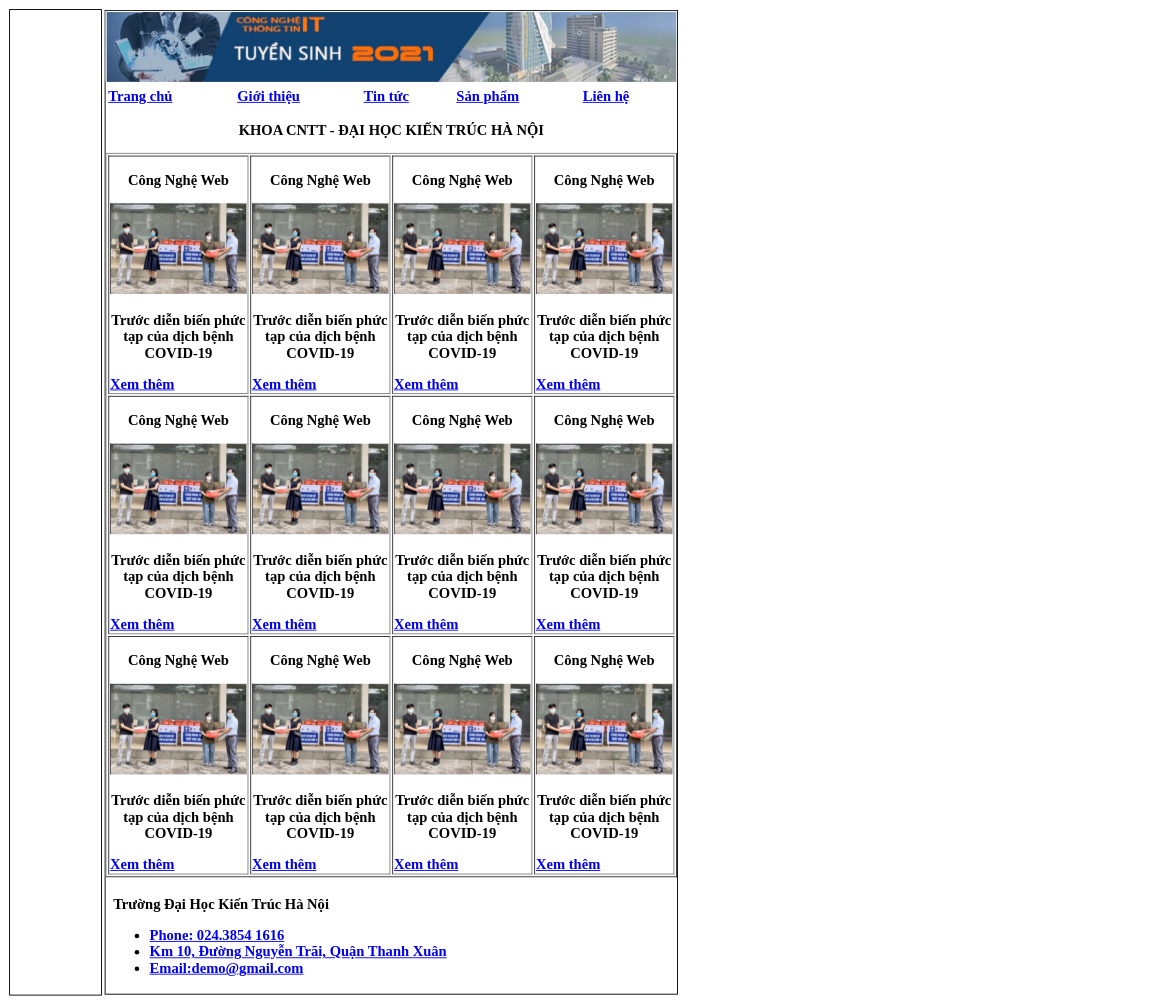
Repository: longtn213/Frond_end_HTML-CSS
Page: Front-End/Demohtml/baitapbuoi2.html
These files come from the project's save history. The page is drawn as it stood at one moment and after the next save; the edit follows.
The browser window is 1280 px wide. The pictures show the whole page, at 91% of full size.

Above is the page before, as saved 2021-09-09 14:53:04.

### Front-End/Demohtml/baitapbuoi2.html
<!DOCTYPE html>
<html>

<head>
	<meta charset="utf-8">
	<title>Bai tap</title>
	<style type="text/css">
		bdy {
			width: 30%;
			margin: 0 auto;
		}
	</style>
</head>

<body>
	<table>
		<tr>
			<th style="border: 1px solid #000; padding: 1px 50px;"></th>
			<th>
				<center style="border: 1px solid #000;">
					<img class="anhtop" width="628px" src="./img/slider.png"">

					<br>
					<center >
						<table width=" 628px">
					<tr>
						<td>
							<a href="#">Trang chủ</a>
						</td>
						<td>
							<a href="#">Giới thiệu</a>
						</td>
						<td>
							<a href="#">Tin tức</a>
						</td>
						<td>
							<a href="#">Sản phẩm</a>
						</td>
						<td>
							<a href="#">Liên hệ</a>
						</td>
					</tr>
					</table>
					</center>



					<center>
					<p>
						<b>
							KHOA CNTT - ĐẠI HỌC KIẾN TRÚC HÀ NỘI
						</b>
					</p>
					<table width="100px" border="1">
						<tr>
							<td>
								<center>
									<p>
										<b>Công Nghệ Web</b>
									</p>
									<img src="/img/img1.png" width="150px" height="100px"><br>
									<p>
										Trước diễn biến phức tạp của dịch bệnh COVID-19
									</p>
								</center>
								<a href="#">Xem thêm</a>
							</td>
							<td>
								<center>
									<p>
										<b>Công Nghệ Web</b>
									</p>
									<img src="/img/img1.png" width="150px" height="100px"><br>
									<p>
										Trước diễn biến phức tạp của dịch bệnh COVID-19
									</p>
								</center>
								<a href="#">Xem thêm</a>
							</td>
							<td>
								<center>
									<p>
										<b>Công Nghệ Web</b>
									</p>
									<img src="/img/img1.png" width="150px" height="100px"><br>
									<p>
										Trước diễn biến phức tạp của dịch bệnh COVID-19
									</p>
								</center>
								<a href="#">Xem thêm</a>
							</td>
							<td>
								<center>
									<p>
										<b>Công Nghệ Web</b>
									</p>
									<img src="/img/img1.png" width="150px" height="100px"><br>
									<p>
										Trước diễn biến phức tạp của dịch bệnh COVID-19
									</p>
								</center>
								<a href="#">Xem thêm</a>
							</td>
						</tr>
						<tr>
							<td>
								<center>
									<p>
										<b>Công Nghệ Web</b>
									</p>
									<img src="/img/img1.png" width="150px" height="100px"><br>
									<p>
										Trước diễn biến phức tạp của dịch bệnh COVID-19
									</p>
								</center>
								<a href="#">Xem thêm</a>
							</td>
							<td>
								<center>
									<p>
										<b>Công Nghệ Web</b>
									</p>
									<img src="/img/img1.png" width="150px" height="100px"><br>
									<p>
										Trước diễn biến phức tạp của dịch bệnh COVID-19
									</p>
								</center>
								<a href="#">Xem thêm</a>
							</td>
							<td>
								<center>
									<p>
										<b>Công Nghệ Web</b>
									</p>
									<img src="/img/img1.png" width="150px" height="100px"><br>
									<p>
										Trước diễn biến phức tạp của dịch bệnh COVID-19
									</p>
								</center>
								<a href="#">Xem thêm</a>
							</td>
							<td>
								<center>
									<p>
										<b>Công Nghệ Web</b>
									</p>
									<img src="/img/img1.png" width="150px" height="100px"><br>
									<p>
										Trước diễn biến phức tạp của dịch bệnh COVID-19
									</p>
								</center>
								<a href="#">Xem thêm</a>
							</td>
						</tr>
						<tr>
							<td>
								<center>
									<p>
										<b>Công Nghệ Web</b>
									</p>
									<img src="/img/img1.png" width="150px" height="100px"><br>
									<p>
										Trước diễn biến phức tạp của dịch bệnh COVID-19
									</p>
								</center>
								<a href="#">Xem thêm</a>
							</td>
							<td>
								<center>
									<p>
										<b>Công Nghệ Web</b>
									</p>
									<img src="/img/img1.png" width="150px" height="100px"><br>
									<p>
										Trước diễn biến phức tạp của dịch bệnh COVID-19
									</p>
								</center>
								<a href="#">Xem thêm</a>
							</td>
							<td>
								<center>
									<p>
										<b>Công Nghệ Web</b>
									</p>
									<img src="/img/img1.png" width="150px" height="100px"><br>
									<p>
										Trước diễn biến phức tạp của dịch bệnh COVID-19
									</p>
								</center>
								<a href="#">Xem thêm</a>
							</td>
							<td>
								<center>
									<p>
										<b>Công Nghệ Web</b>
									</p>
									<img src="/img/img1.png" width="150px" height="100px"><br>
									<p>
										Trước diễn biến phức tạp của dịch bệnh COVID-19
									</p>
								</center>
								<a href="#">Xem thêm</a>
							</td>
						</tr>
					</table>
					<br>
					<table width="628px">
						<tr>
							<td colspan="3">
							</td>
							<td colspan="2">
								<b>Trường Đại Học Kiến Trúc Hà Nội</b>
								<ul>
									<li>
										<a href="#">Phone: 024.3854 1616</a>
									</li>
									<li>
										<a href="#">Km 10, Đường Nguyễn Trãi, Quận Thanh Xuân</a>
									</li>
									<li>
										<a href="#">Email:demo@gmail.com</a>
									</li>
								</ul>
							</td>
						</tr>
					</table>
					</center>
				</center>
			</th>
		</tr>
	</table>






</body>

</html>

After the next save:
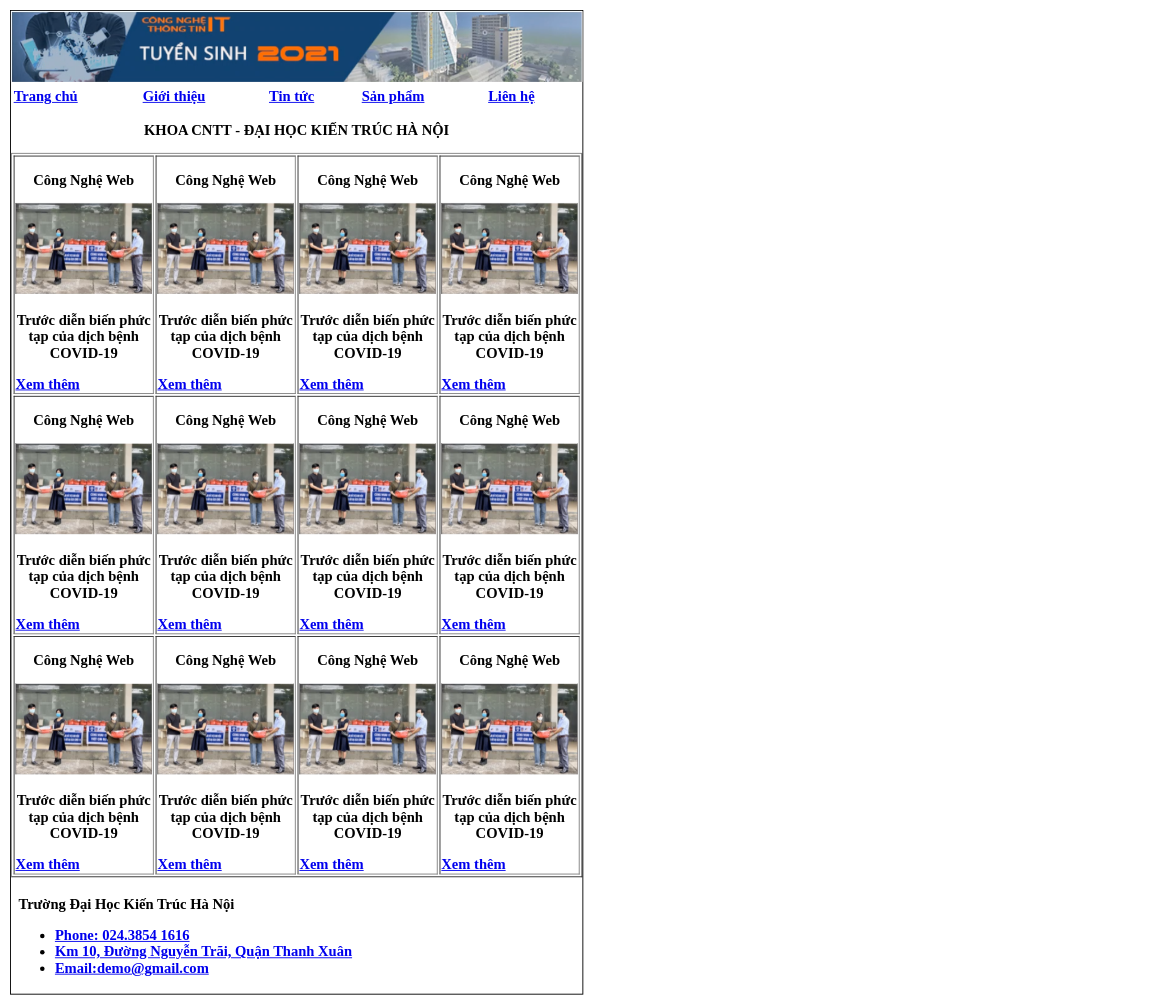
Saved 24 s later.
--- a/Front-End/Demohtml/baitapbuoi2.html
+++ b/Front-End/Demohtml/baitapbuoi2.html
@@ -14,7 +14,7 @@
 
 <body>
 	<table>
-		<tr>
+		<tr style="border: 1px solid #000;>
 			<th style="border: 1px solid #000; padding: 1px 50px;"></th>
 			<th>
 				<center style="border: 1px solid #000;">

After the save that followed:
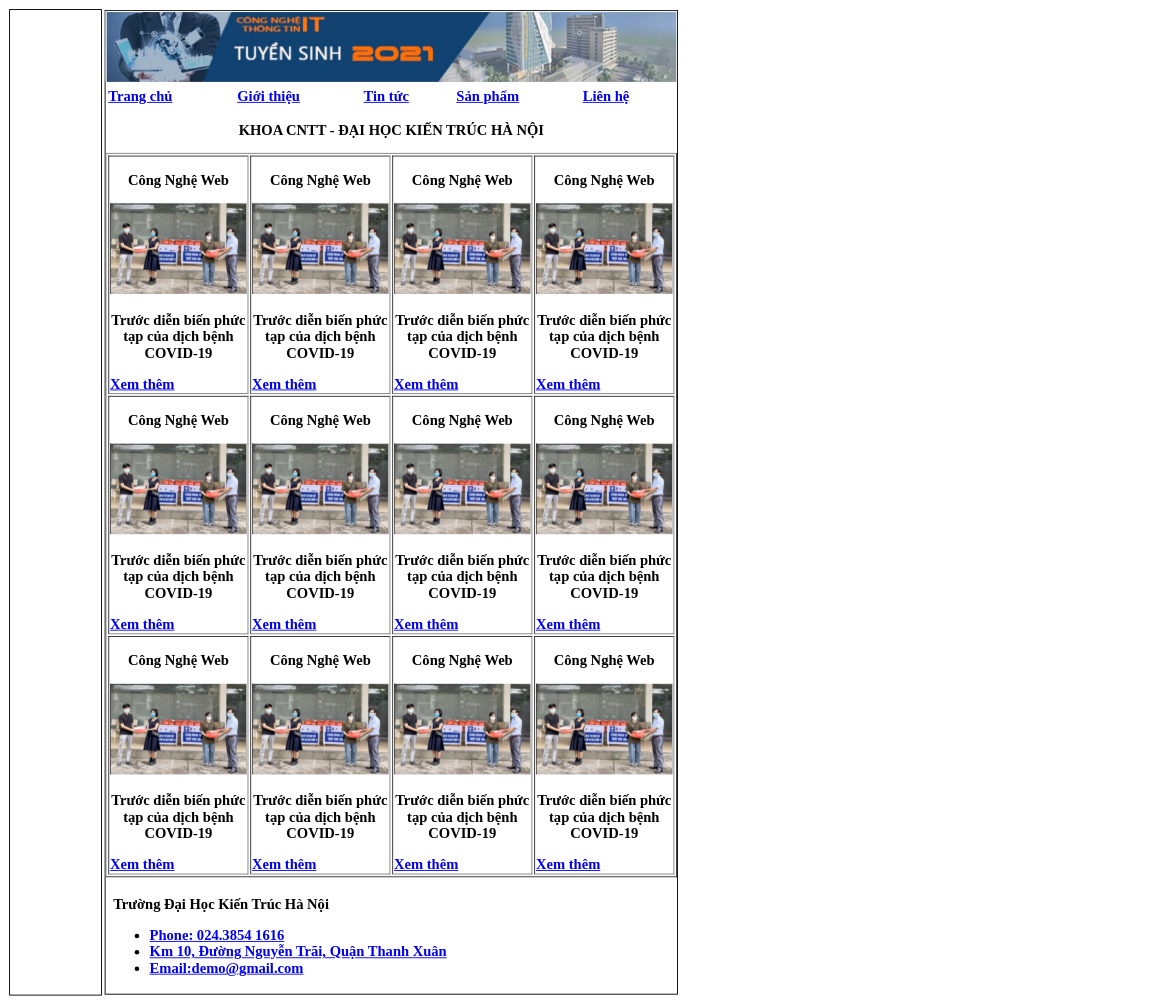
Saved 38 s later.
--- a/Front-End/Demohtml/baitapbuoi2.html
+++ b/Front-End/Demohtml/baitapbuoi2.html
@@ -14,7 +14,7 @@
 
 <body>
 	<table>
-		<tr style="border: 1px solid #000;>
+		<tr style="border: 1px solid #000;">
 			<th style="border: 1px solid #000; padding: 1px 50px;"></th>
 			<th>
 				<center style="border: 1px solid #000;">
